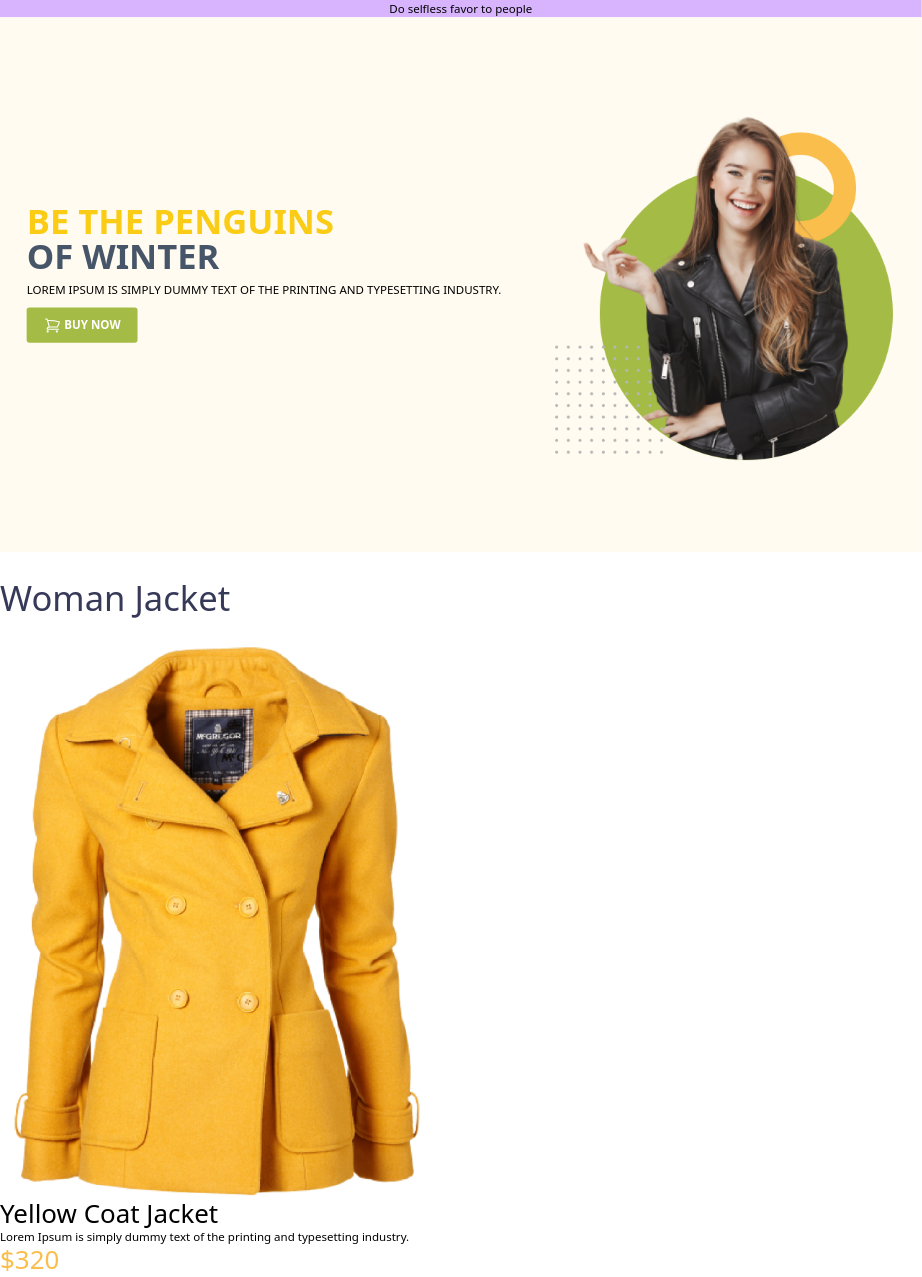
Repository: zjria/penguin-e-commerce-fashion
Page: index.html
The author's editor kept a copy of each file at every save. The page is drawn from the files as they stood at one save, then again after the next save.
The browser window is 1280 px wide. The pictures show the whole page, at 72% of full size.
Some web libraries are served in a nearby version.

Above is the page before, as saved 2022-10-07 07:15:48.

After the next save:
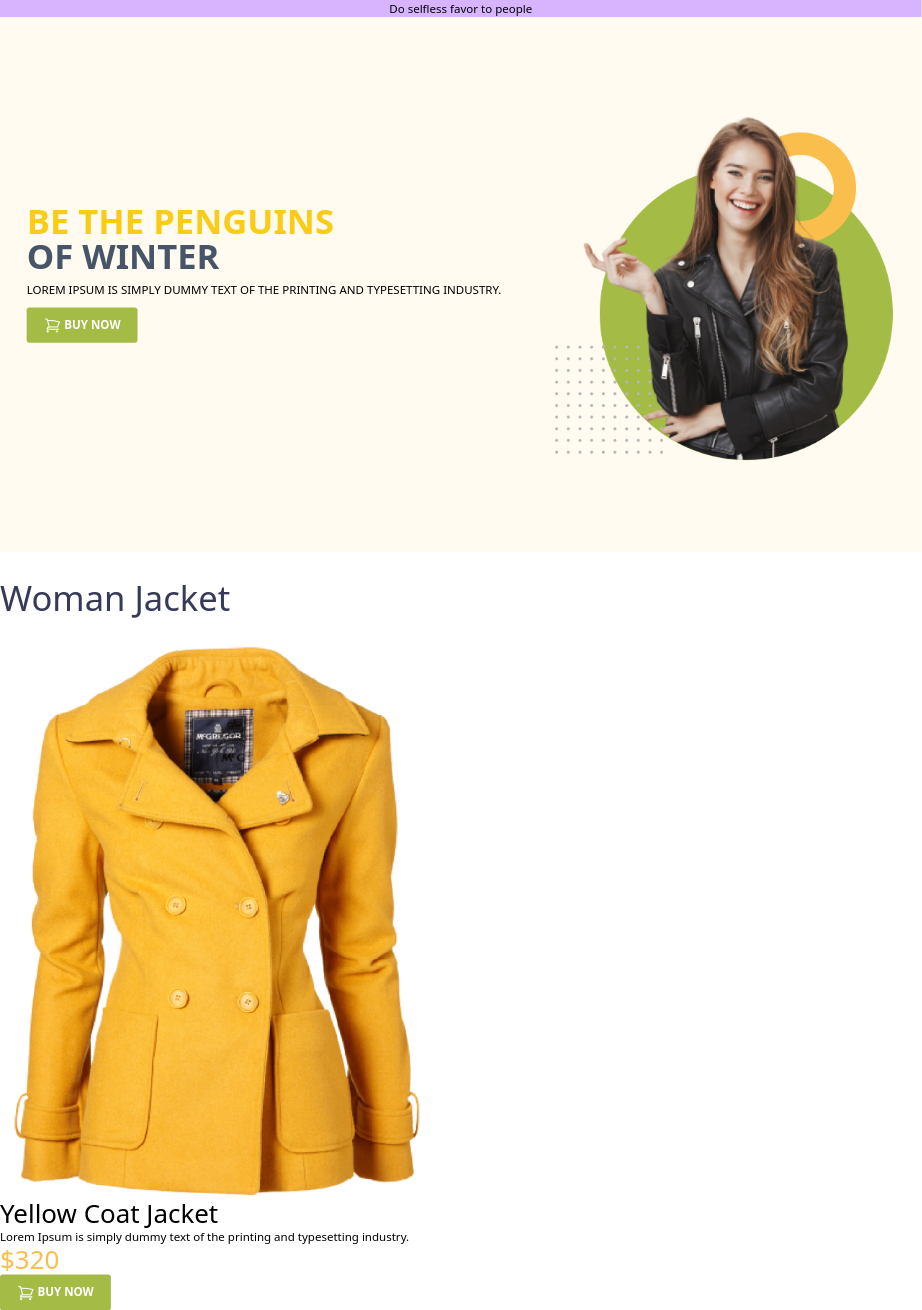
Saved 8 min 10 s later.
--- a/index.html
+++ b/index.html
@@ -70,6 +70,14 @@
                         printing and typesetting industry.</p>
                     <div class="price_button">
                         <h3 class="text-4xl text-price_color">$320</h3>
+                        <button
+                            class="uppercase bg-[#A4BC46] py-3 px-6 text-white font-semibold rounded font-anther_text">
+                            <svg xmlns="http://www.w3.org/2000/svg" fill="none" viewBox="0 0 24 24" stroke-width="1.5"
+                                stroke="currentColor" class="w-6 h-6 inline text-white">
+                                <path stroke-linecap="round" stroke-linejoin="round"
+                                    d="M2.25 3h1.386c.51 0 .955.343 1.087.835l.383 1.437M7.5 14.25a3 3 0 00-3 3h15.75m-12.75-3h11.218c1.121-2.3 2.1-4.684 2.924-7.138a60.114 60.114 0 00-16.536-1.84M7.5 14.25L5.106 5.272M6 20.25a.75.75 0 11-1.5 0 .75.75 0 011.5 0zm12.75 0a.75.75 0 11-1.5 0 .75.75 0 011.5 0z" />
+                            </svg>
+                            Buy Now</button>
                     </div>
                 </div>
             </div>
